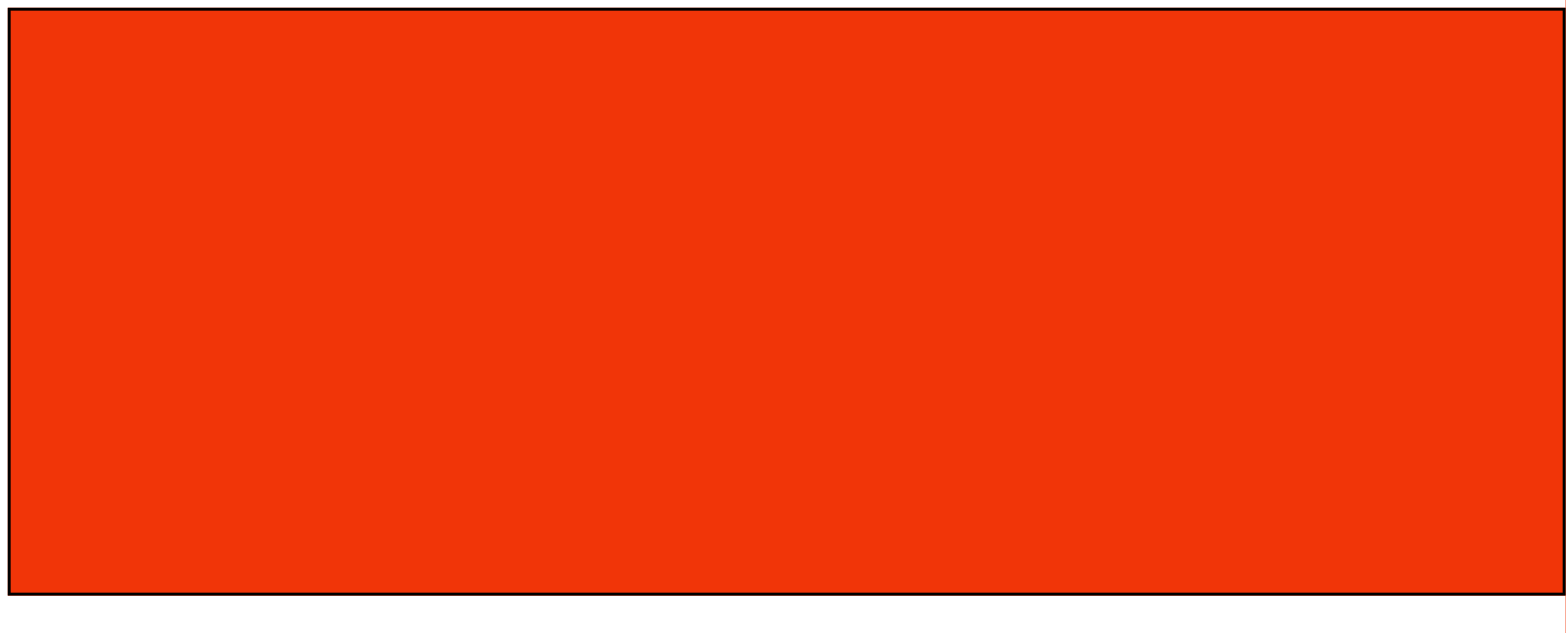
Repository: mi222eh/1dv403-laborationer
Page: 3-gameon/memory/index.html
The author's editor kept a record of every edit. The page is drawn from the files as they stood at one moment, then again after the next edit.
The browser window is 1280 px wide. The page is 1614 px wide, so the pictures cover 1614 px, including what lies to the right of the window. The pictures show the whole page, at 97% of full size.

Above is the page before.
Console error: SyntaxError: Unexpected token '}'

### 3-gameon/memory/index.html
<!DOCTYPE html>
<html lang="sv">
    <head>
        <meta charset="utf-8" />
        <title>Memory</title>
        <link rel="stylesheet" href="css/basic.css" type="text/css" />
    </head>
    <body>
        <div id="gamingBoard">
            <div id="game1"></div>
        </div>

        <script type="text/javascript" src="script/memory.js"></script>
        <script type="text/javascript" src="script/random.js"></script>
        <script type="text/javascript" src="script/script.js"></script>
    </body>
</html>

### 3-gameon/memory/css/basic.css
#gamingBoard{
    width:1600px;
    min-height:600px;
    background-color:#F13508;
    margin:0 auto;
    border:solid 3px;
}


.row {
    display:block;
}

### 3-gameon/memory/script/memory.js
"use strict"

function MemoryGame(row, col, gameID){

    imgPosition = RandomGenerator.getPictureArray(row, col);


    }
};

### 3-gameon/memory/script/random.js
var RandomGenerator = {

	/*
		Denna metod tar antalet rader och columner som inparameter.

		Metoden returnerar en array innehållandes utslumpade tal mellan 1 och (rows*cols)/2. Varje tal representeras två
		gånger och motsvarar således en spelbricka.

		I en 4*4 matris kan Arrayen t.ex. se ut så här:
		[1,2,6,8,6,2,5,3,1,3,7,5,8,4,4,7]

		I en 2*4 matris kan Arrayen t.ex. se ut så här:
		[3,4,4,1,2,1,2,3]
	*/

	getPictureArray: function(rows, cols)
	{
		var numberOfImages = rows*cols;
		var maxImageNumber = numberOfImages/2;

	   	var imgPlace = [];

	   //Utplacering av bilder i Array
	   for(var i=0; i<numberOfImages; i++)
		  imgPlace[i] = 0;

		for(var currentImageNumber=1; currentImageNumber<=maxImageNumber; currentImageNumber++)
		{
			var imageOneOK = false;
			var imageTwoOK = false;

			do
			{
				if(imageOneOK == false)
				{
					var randomOne = Math.floor( (Math.random() * (rows*cols-0) + 0) );

					if( imgPlace[randomOne] == 0 )
					{
						imgPlace[randomOne] = currentImageNumber;
						imageOneOK = true;
					}
				}

				if(imageTwoOK == false)
				{
					var randomTwo = Math.floor( (Math.random() * (rows*cols-0) + 0) );

					if( imgPlace[randomTwo] == 0 )
					{
						imgPlace[randomTwo] = currentImageNumber;
						imageTwoOK = true;
					}
				}
			}
			while(imageOneOK == false || imageTwoOK == false);
		}

		return imgPlace;
	}
}

Loaded but not shown: 3-gameon/memory/script/script.js (no copy from this time; the picture is the same without it)

After the next edit:
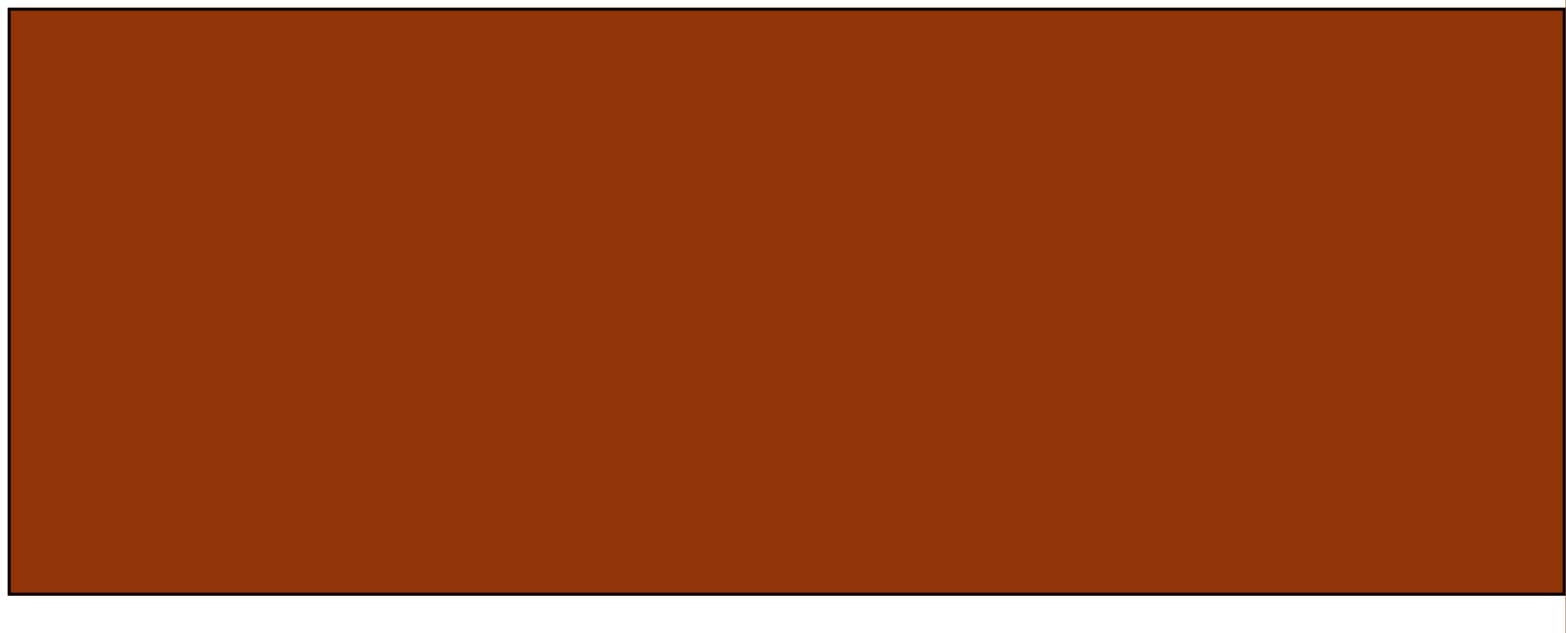
The edit:
--- a/3-gameon/memory/css/basic.css
+++ b/3-gameon/memory/css/basic.css
@@ -1,7 +1,7 @@
 #gamingBoard{
     width:1600px;
     min-height:600px;
-    background-color:#F13508;
+    background-color:#923508;
     margin:0 auto;
     border:solid 3px;
 }
